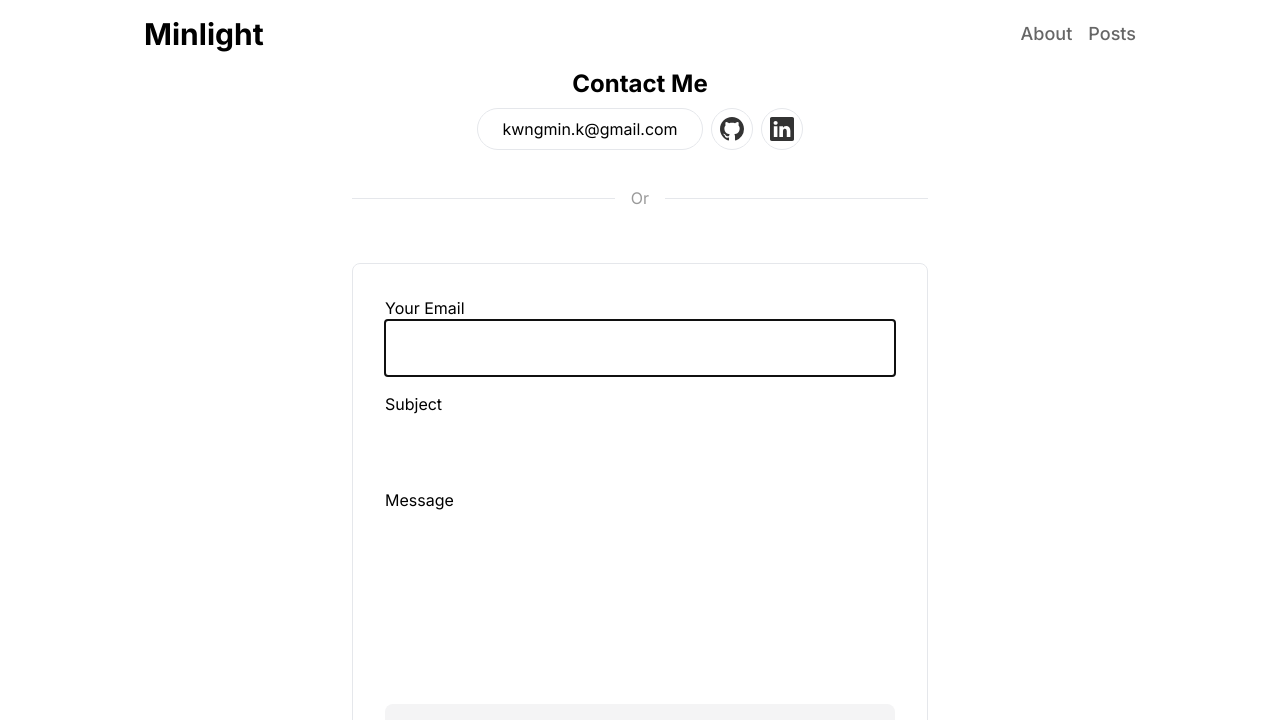
Repository: kwngmin/minlight-blog
Page: /contact
These files come from the project's save history. The page is drawn as it stood at one moment and after the next save; the edit follows.
The browser window is 1280 px wide. The pictures show the whole page.
An inner scrolling area shows only its first screen. The project was rebuilt for these pictures with package versions that can differ from the ones it lists, and the page was loaded fresh each time. The framework's server and built-in components were replaced by stand-ins that run in the browser. Also part of the build but not shown: next.config.js, src/components/banner.tsx.

Above is the page before, as saved 2023-04-03 17:32:13.

After the next save:
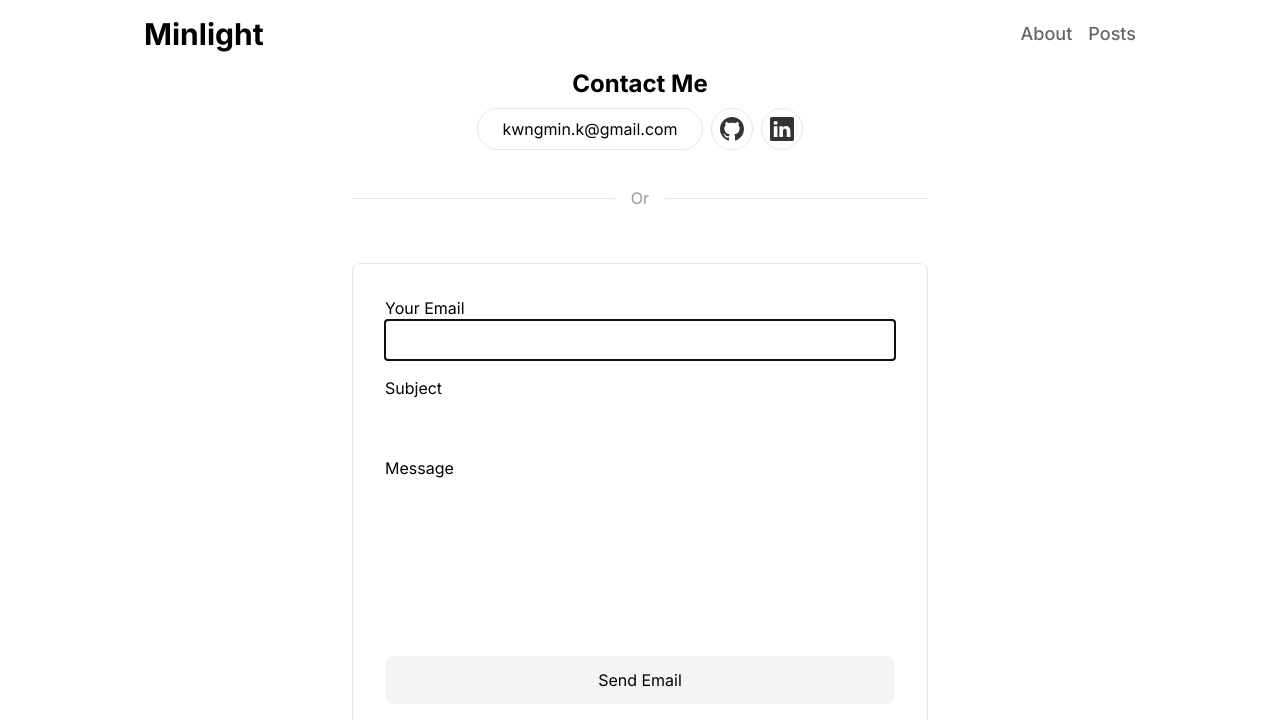
Saved 33 s later.
--- a/src/components/ContactForm.tsx
+++ b/src/components/ContactForm.tsx
@@ -32,7 +32,7 @@ export default function ContactForm() {
     //   message: "",
     // });
   };
-  const INPUT_BOX = "mb-4 resize-none p-4";
+  const INPUT_BOX = "mb-4 resize-none px-4 py-2";
   return (
     <section className="w-full">
       {banner && <Banner banner={banner} />}
